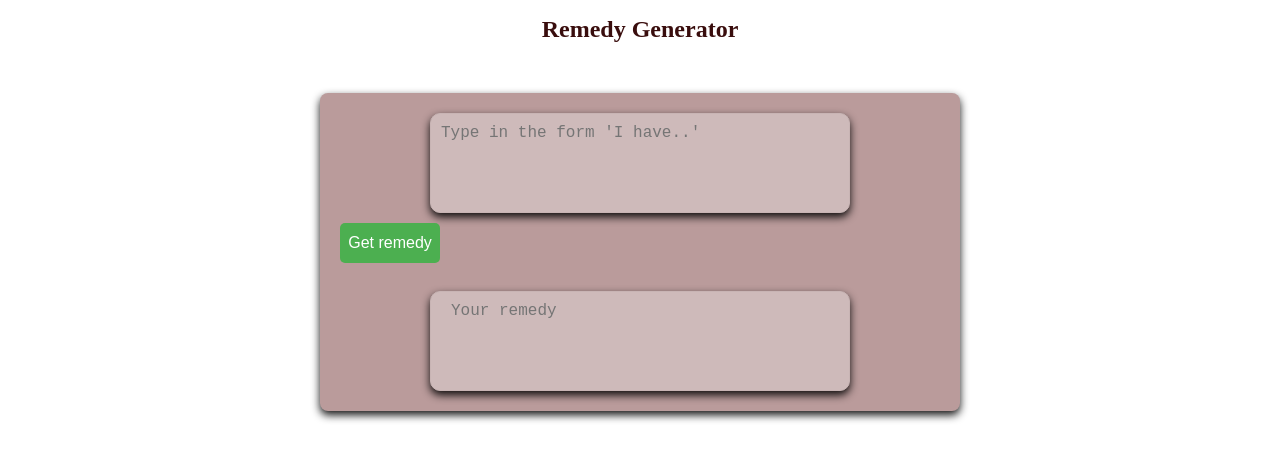
Repository: krutarthh/Ayurvedic-Remedy
Page: index.html
An editor plug-in stored every save of this project. The page is shown before and after a run of saves, followed by the edit.
The browser window is 1280 px wide. The pictures show the whole page.

Above is the page before, as saved 2024-04-06 20:48:25.

After the next 2 saves:
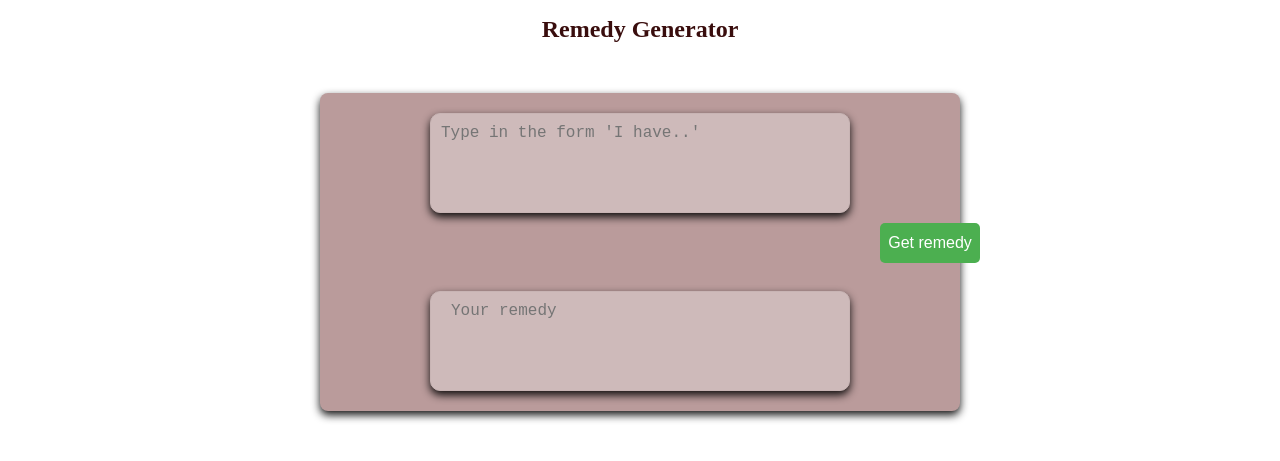
The 2 saves are shown as one change because they came seconds apart.
The last was saved 12 s later.
--- a/app.css
+++ b/app.css
@@ -38,7 +38,7 @@
     border-radius: 5px;
     font-size: 16px;
     cursor: pointer;
-    margin-left: auto;
+    margin-left: 90% ;
 }
 
 #answer {
